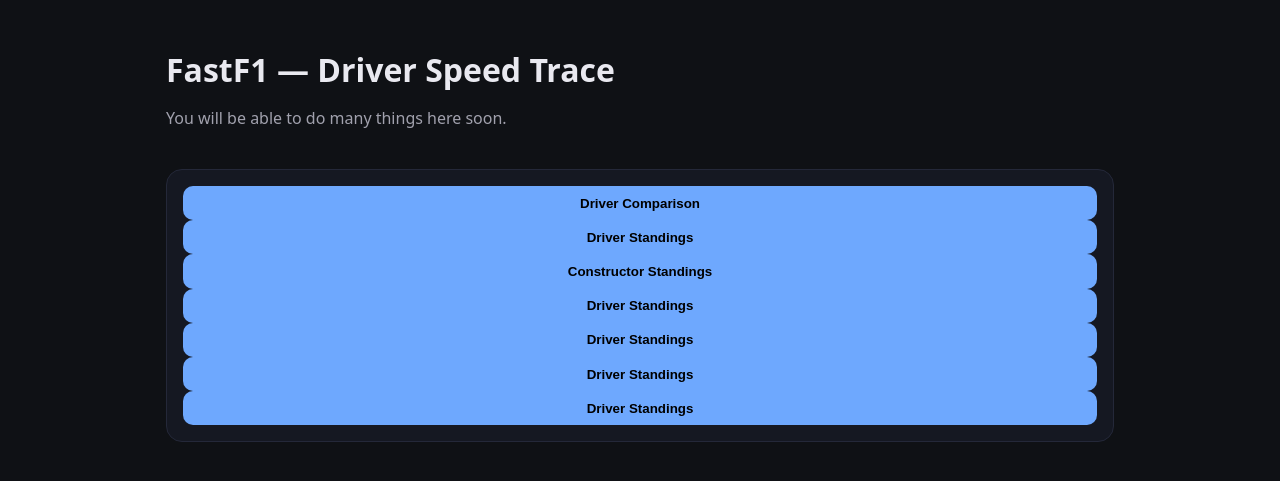
Repository: gqnsptaa/fastf1_web_preview
Page: http://localhost/menu
The author's editor kept a copy of each file at every save. The page is drawn from the files as they stood at one save, then again after the next save.
The browser window is 1280 px wide. The pictures show the whole page.
The page is served by the project's application, run on Flask 3 (app.py).

Above is the page before, as saved 2025-09-22 16:42:02.

After the next save:
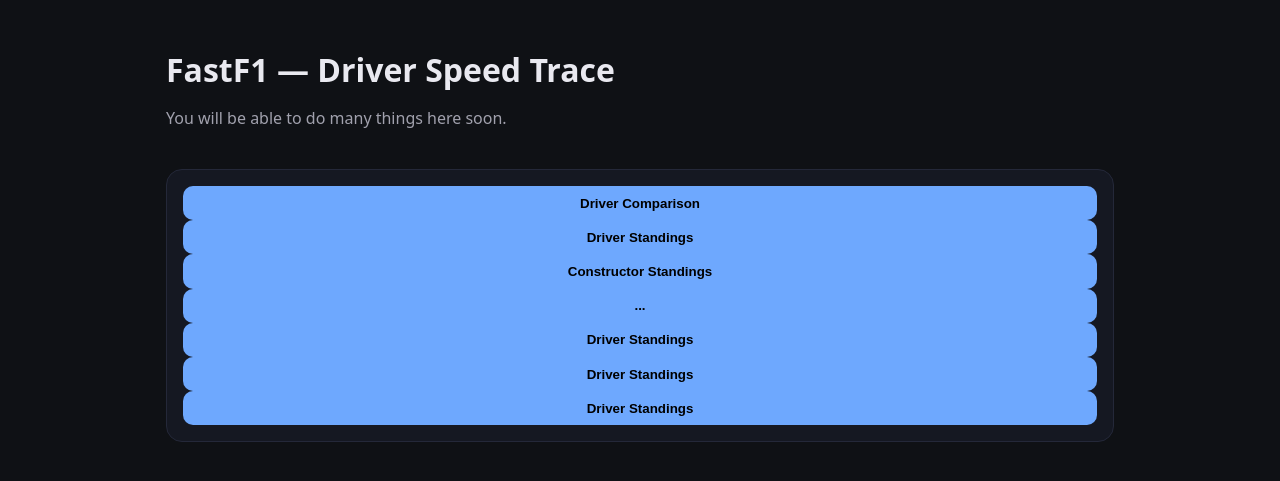
Saved 5 s later.
--- a/templates/menu.html
+++ b/templates/menu.html
@@ -20,7 +20,7 @@
           <button type="submit">Driver Comparison</button>
           <button type="submit">Driver Standings</button>
           <button type="submit">Constructor Standings</button>
-          <button type="submit">Driver Standings</button>
+          <button type="submit">...</button>
           <button type="submit">Driver Standings</button>
           <button type="submit">Driver Standings</button>
           <button type="submit">Driver Standings</button>
